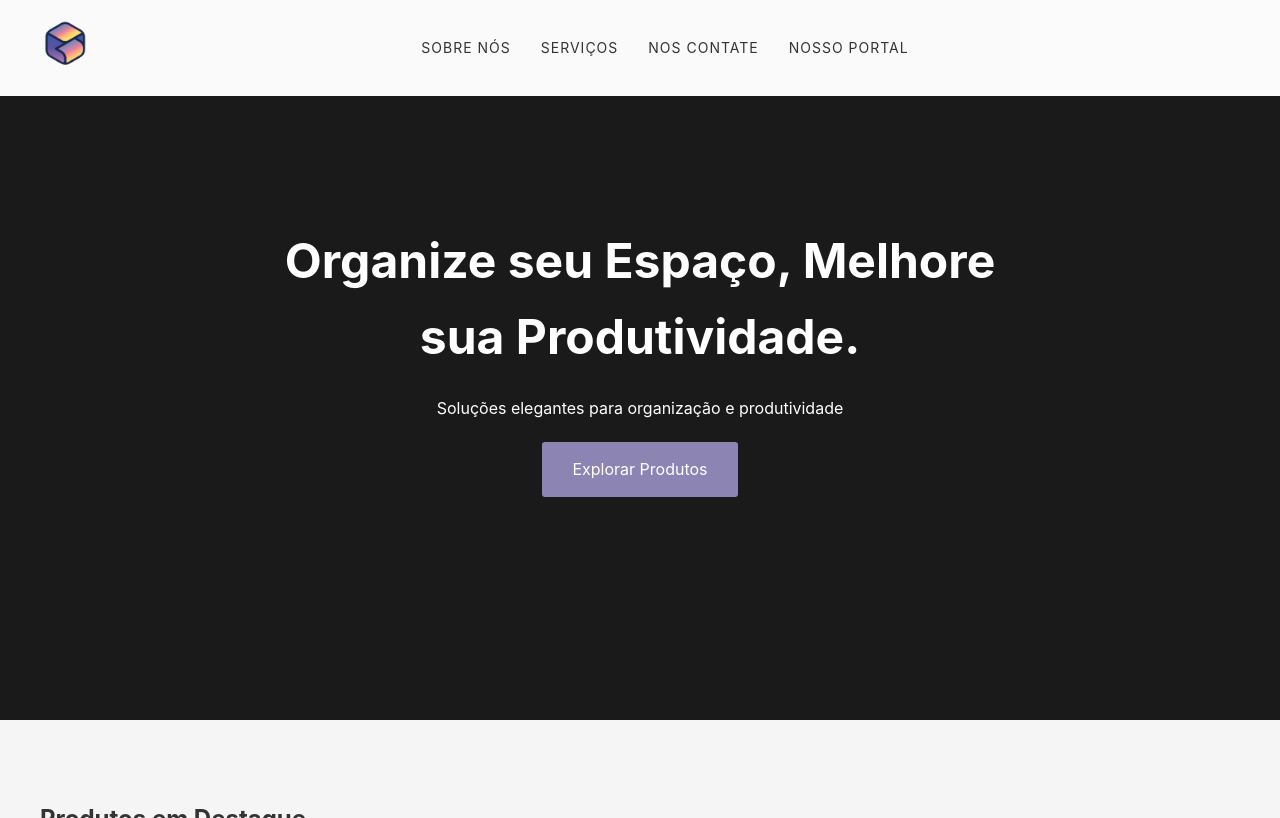
Repository: Gabrielb0rn/0EasyDesk.io
Page: index.html
These files come from the project's save history. The page is drawn as it stood at one moment and after a run of saves; the edit follows.
The browser window is 1280 px wide. The pictures show the part of the page from y = 0 to 818 px (the page is 1927 px tall).
A picture or video elsewhere on the page could not be fetched, so the positions and the page height are approximate.

Above is the page before, as saved 2024-10-31 15:09:46.

After the next 2 saves:
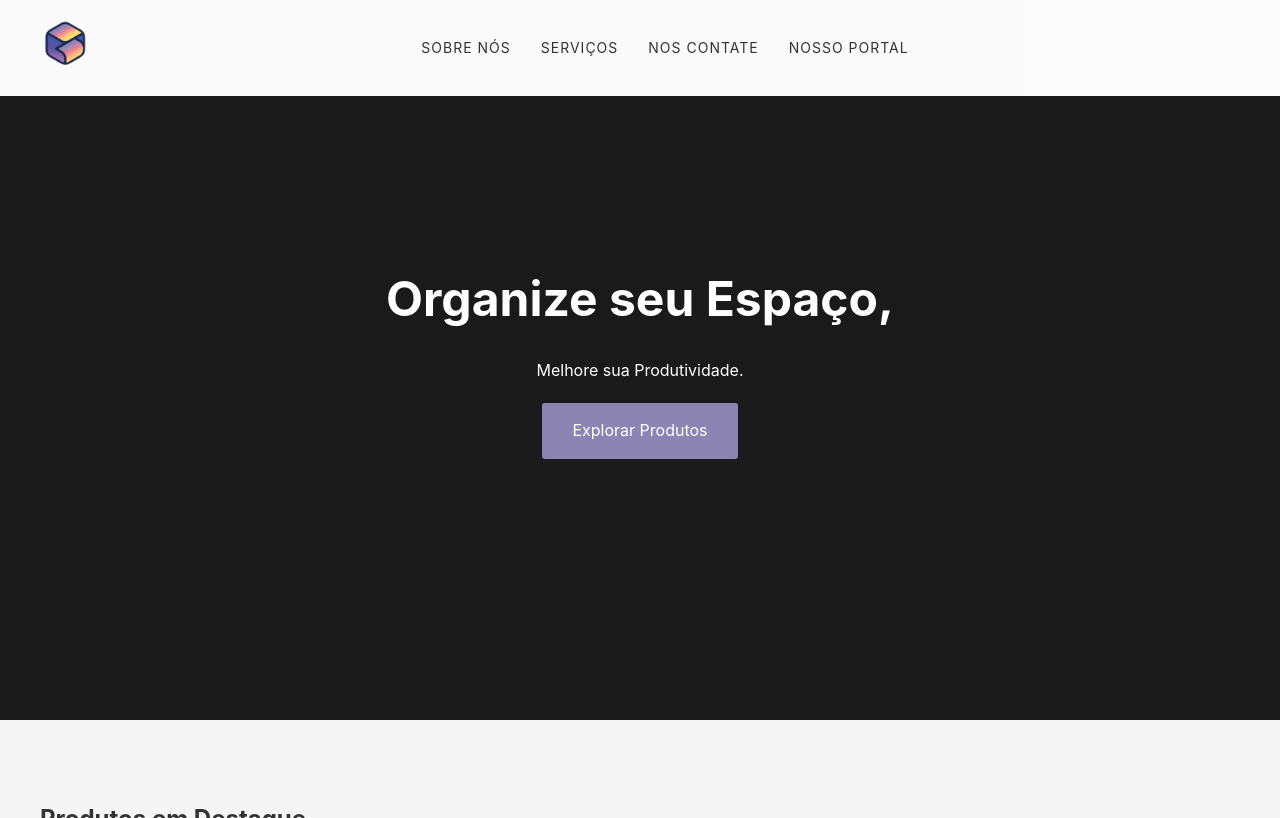
The 2 saves are shown as one change because they came seconds apart.
The last was saved 11 s later.
--- a/index.html
+++ b/index.html
@@ -29,8 +29,8 @@
     <!-- Hero Section com Imagem Full-width -->
     <section class="hero">
         <div class="hero-content">
-            <h1>Organize seu Espaço, Melhore sua Produtividade.</h1>
-            <p>Soluções elegantes para organização e produtividade</p>
+            <h1>Organize seu Espaço,</h1>
+            <p> Melhore sua Produtividade.</p>
             <a href="/produtos" class="cta-button">Explorar Produtos</a>
         </div>
     </section>
